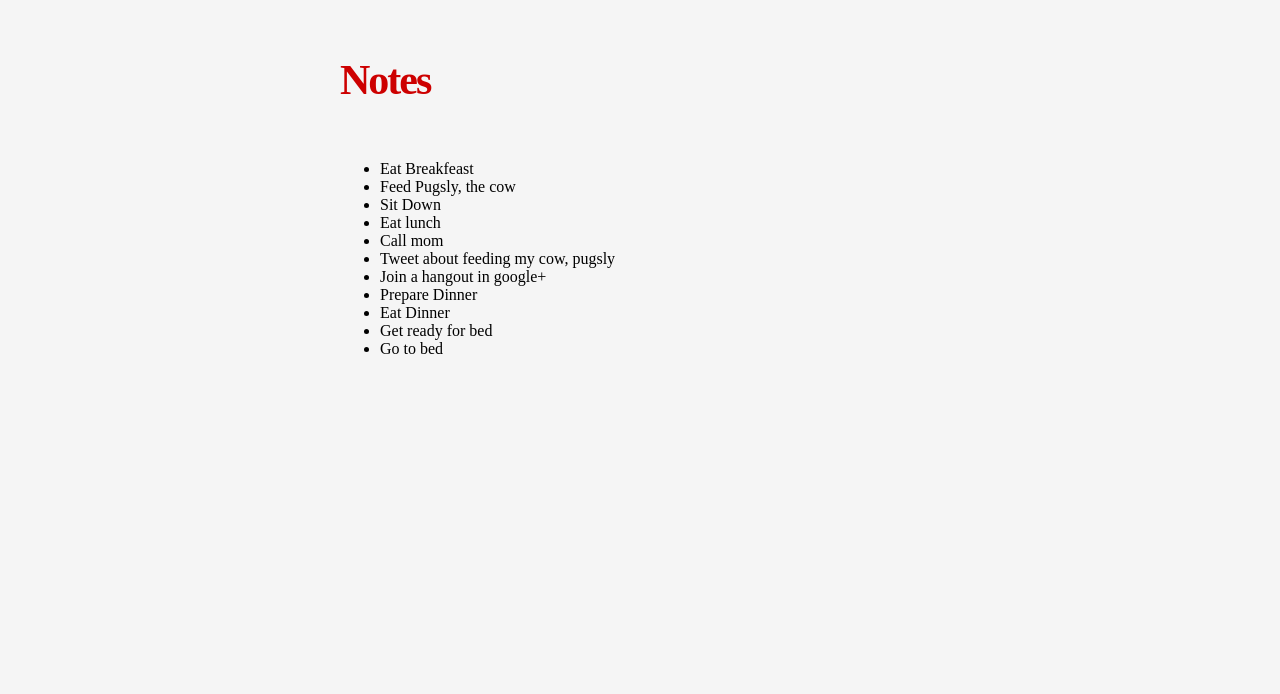
Repository: dev-singh-kanyal/Archive-git_github
Page: index.html
These files come from the project's save history. The page is drawn as it stood at one moment and after the next save; the edit follows.
The browser window is 1280 px wide. The pictures show the whole page.

Above is the page before, as saved 2022-06-24 15:25:58.

### index.html
<!DOCTYPE HTML>
<html>

<head>
   <meta charset="UTF-8">
   <title>CSS Theme: Notepad</title>
   <link rel="stylesheet" href="style.css">
</head>

<body>

  <h4>Notes</h4>

  <ul id="List">
    <li>Eat Breakfeast</li>
    <li>Feed Pugsly, the cow</li>
    <li>Sit Down</li>
    <li>Eat lunch</li>
    <li>Call mom</li>
    <li>Tweet about feeding my cow, pugsly</li>
    <li>Join a hangout in google+</li>
    <li>Prepare Dinner</li>
    <li>Eat Dinner</li>
    <li>Get ready for bed</li>
    <li>Go to bed</li>
  </ul>

</body>
</html>

### style.css
body {
    background-color: #f5f5f5;
    width: 600px;
    margin: 0 auto;
    padding: 0;
  }
  h4 {
    color: #cd0000;
    font-size: 42px;
    letter-spacing: -2px;
    text-align: left;
  }
  .list {
    color: #555;
    font-size: 22px;
    padding: 0 !important;
    width: 500px;
    font-family: courier, monospace;
    border: 1px solid #dedede;
  }
  .list li {
    list-style: none;
    border-bottom: 1px dotted #ccc;
    text-indent: 25px;
    height: auto;
    padding: 10px;
    text-transform: capitalize;
  }
  .list li:hover {
    background-color: #f0f0f0;
    -webkit-transition: all 0.2s;
    -moz-transition:    all 0.2s;
    -ms-transition:     all 0.2s;
    -o-transition:      all 0.2s;
  }
  .lines {
    border-left: 1px solid #ffaa9f;
    border-right: 1px solid #ffaa9f;
    width: 2px;
    float: left;
    height: 495px;
    margin-left: 40px;
  }

After the next save:
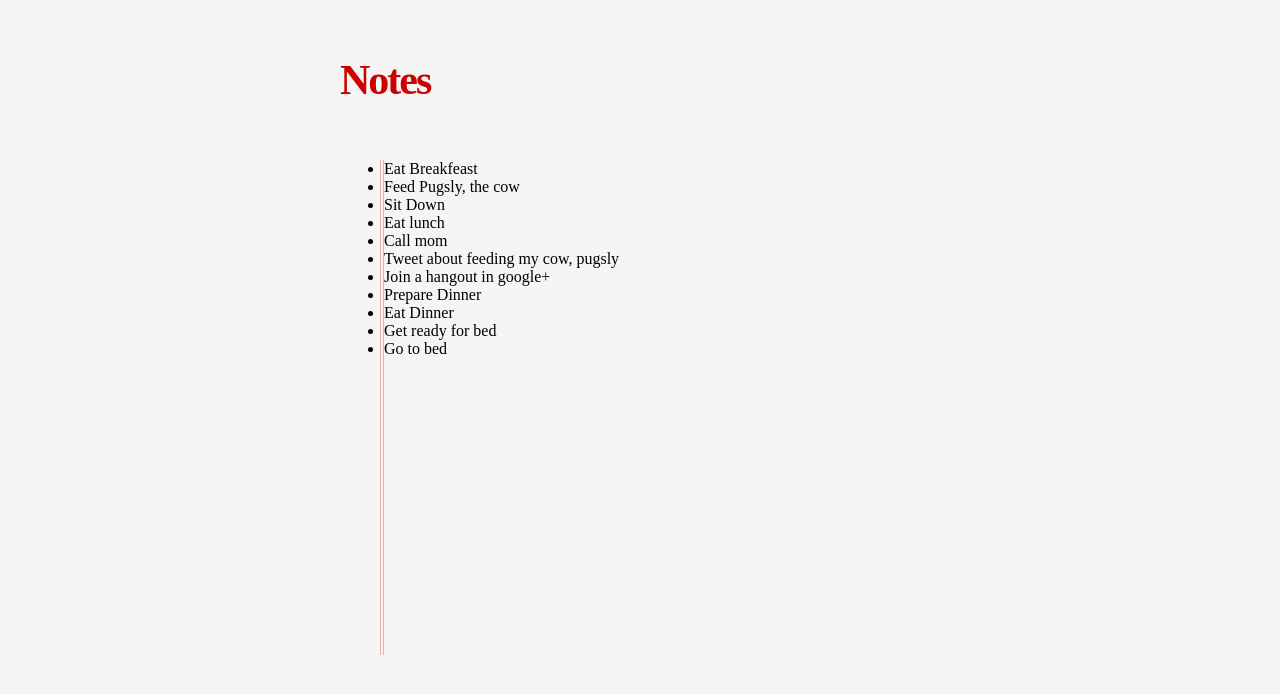
Saved 70 s later.
--- a/index.html
+++ b/index.html
@@ -10,7 +10,7 @@
 <body>
 
   <h4>Notes</h4>
-
+  <div class="lines"></div>
   <ul id="List">
     <li>Eat Breakfeast</li>
     <li>Feed Pugsly, the cow</li>
